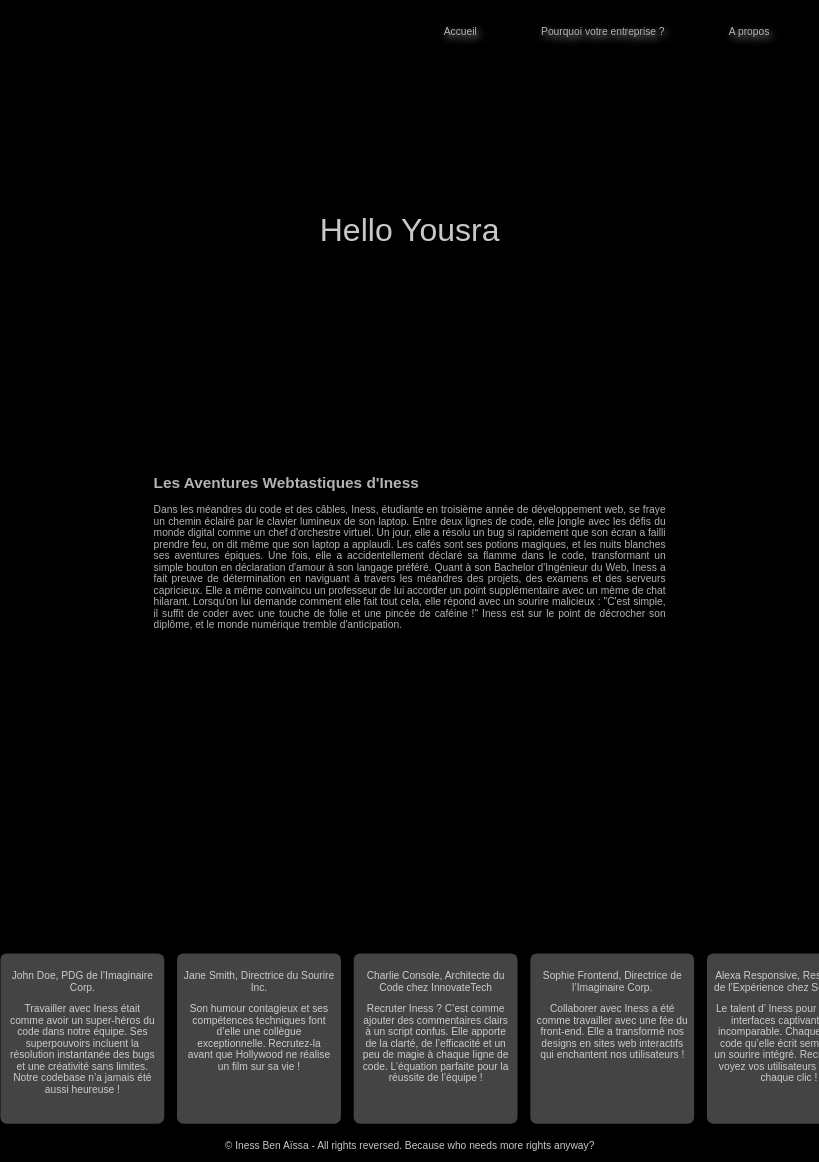
Repository: inessben/application
Page: index.html
An editor plug-in stored every save of this project. The page is shown before and after the next save, followed by the edit.
The browser window is 1280 px wide. The pictures show the whole page, at 64% of full size.

Above is the page before, as saved 2023-12-03 20:21:56.

After the next save:
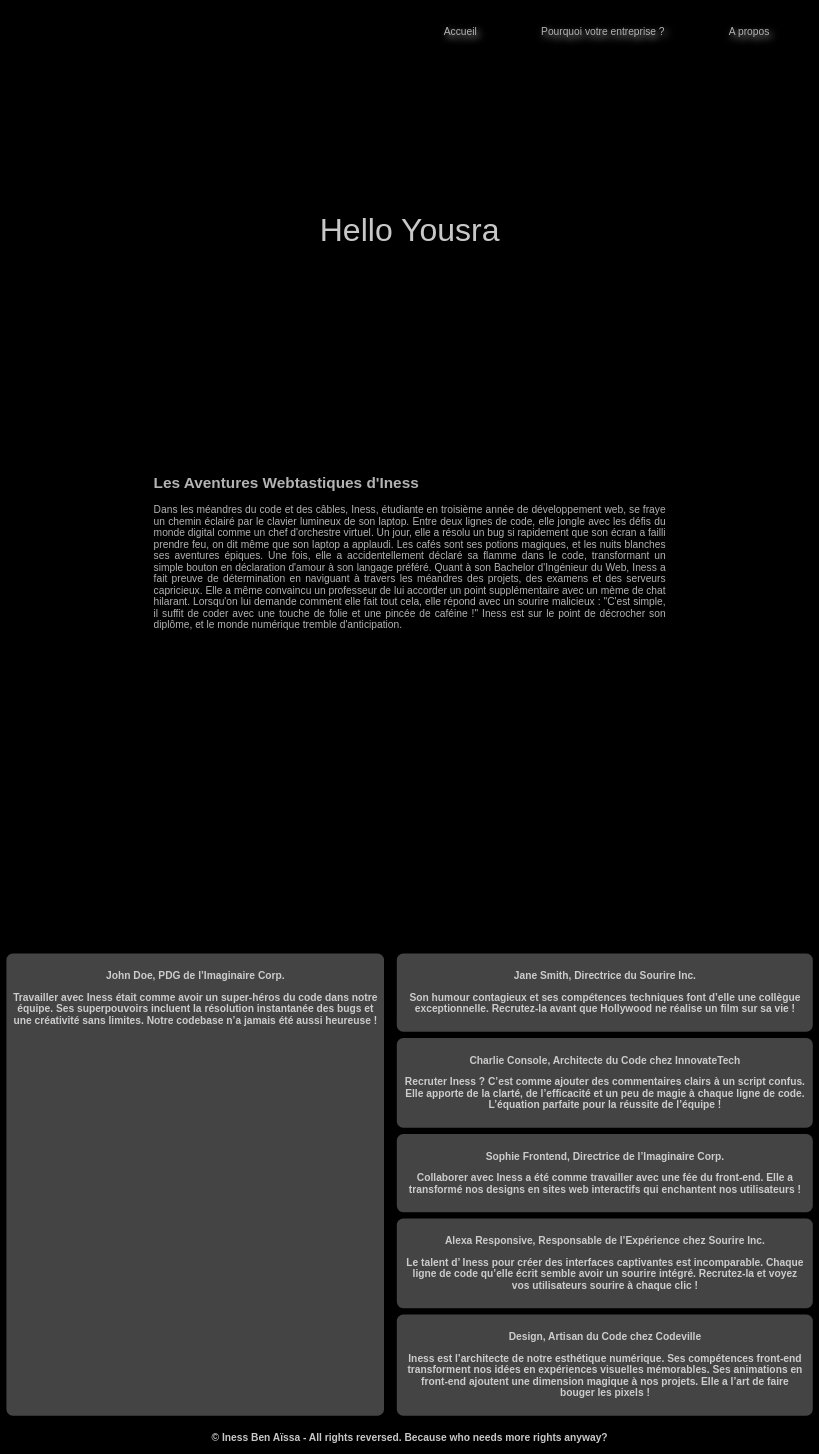
Saved 86 s later.
--- a/index.html
+++ b/index.html
@@ -37,32 +37,32 @@
 
     <section id="carousel-container">
         <section id="testimonial1">
-            <p>John Doe, PDG de l’Imaginaire Corp.</p>
+            <p><strong>John Doe, PDG de l’Imaginaire Corp.<strong></p>
             <p>Travailler avec Iness était comme avoir un super-héros du code dans notre équipe. Ses superpouvoirs incluent la résolution instantanée des bugs et une créativité sans limites. Notre codebase n’a jamais été aussi heureuse !</p>
         </section>
 
         <section id="testimonial2">
-            <p>Jane Smith, Directrice du Sourire Inc.</p>
+            <p><strong>Jane Smith, Directrice du Sourire Inc.</strong></p>
             <p>Son humour contagieux et ses compétences techniques font d’elle une collègue exceptionnelle. Recrutez-la avant que Hollywood ne réalise un film sur sa vie !</p>
         </section>
 
         <section id="testimonial3">
-            <p>Charlie Console, Architecte du Code chez InnovateTech</p>
+            <p><strong>Charlie Console, Architecte du Code chez InnovateTech</strong></p>
             <p>Recruter Iness ? C’est comme ajouter des commentaires clairs à un script confus. Elle apporte de la clarté, de l’efficacité et un peu de magie à chaque ligne de code. L’équation parfaite pour la réussite de l’équipe !</p>
         </section>
 
         <section id="testimonial4">
-            <p>Sophie Frontend, Directrice de l’Imaginaire Corp.</p>
+            <p><strong>Sophie Frontend, Directrice de l’Imaginaire Corp.</strong></p>
             <p>Collaborer avec Iness a été comme travailler avec une fée du front-end. Elle a transformé nos designs en sites web interactifs qui enchantent nos utilisateurs !</p>
         </section>
 
         <section id="testimonial5">
-            <p>Alexa Responsive, Responsable de l’Expérience chez Sourire Inc.</p>
+            <p><strong>Alexa Responsive, Responsable de l’Expérience chez Sourire Inc.</strong></p>
             <p>Le talent d’ Iness pour créer des interfaces captivantes est incomparable. Chaque ligne de code qu’elle écrit semble avoir un sourire intégré. Recrutez-la et voyez vos utilisateurs sourire à chaque clic !</p>
         </section>
 
         <section id="testimonial6">
-            <p>Ethan Design, Artisan du Code chez Codeville</p>
+            <p><strong> Design, Artisan du Code chez Codeville</strong></p>
             <p>Iness est l’architecte de notre esthétique numérique. Ses compétences front-end transforment nos idées en expériences visuelles mémorables. Ses animations en front-end ajoutent une dimension magique à nos projets. Elle a l’art de faire bouger les pixels !</p>
         </section>
         </section>
